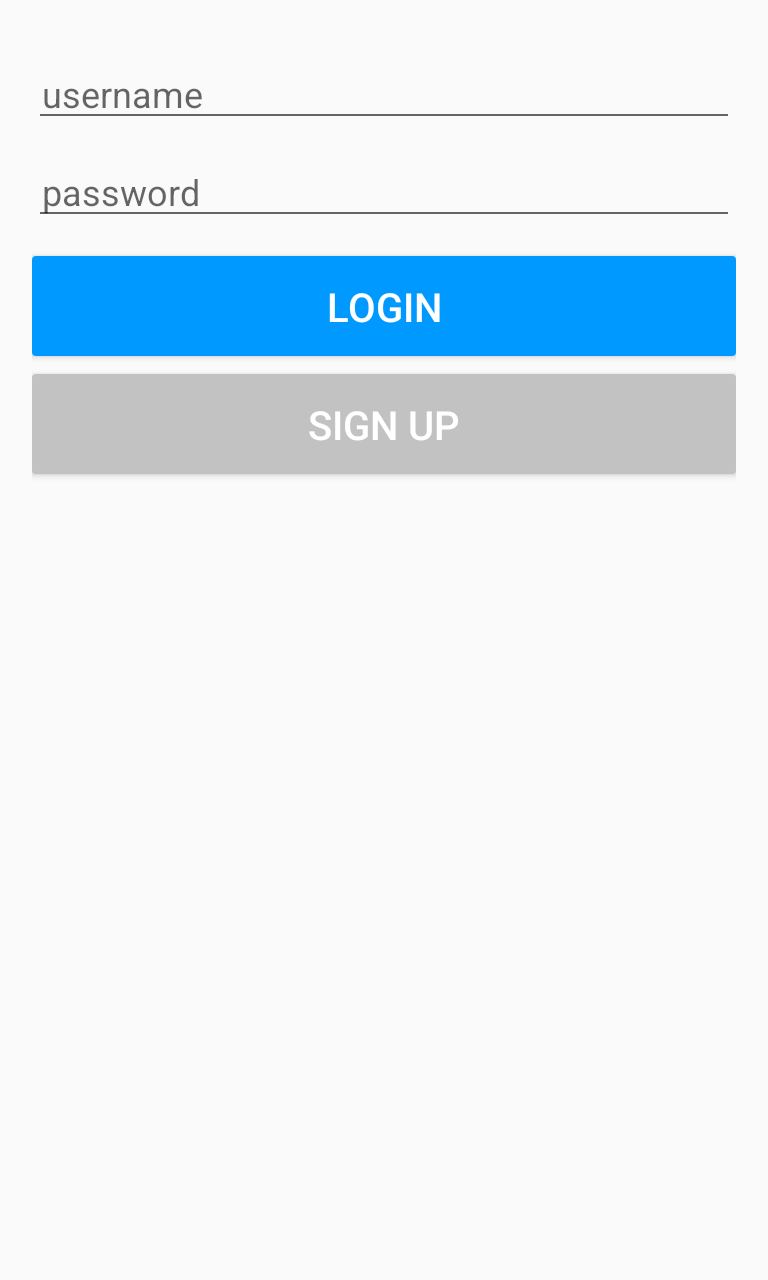
Repository: israelhill/Noteworthy
Layout: Noteworthy/res/layout/fragment_main.xml
These files come from the project's save history. The layout is drawn as it stood at one moment and after the next save; the edit follows.
It is drawn on a 768 x 1280 px phone screen (xhdpi) without system bars, with theme AppTheme; the app's code is not run.

Above is the layout before, as saved 2014-09-06 11:35:11.

### Noteworthy/res/layout/fragment_main.xml
<LinearLayout xmlns:android="http://schemas.android.com/apk/res/android"
    xmlns:tools="http://schemas.android.com/tools"
    android:layout_width="match_parent"
    android:layout_height="match_parent"
    android:paddingBottom="@dimen/activity_vertical_margin"
    android:paddingLeft="@dimen/activity_horizontal_margin"
    android:paddingRight="@dimen/activity_horizontal_margin"
    android:paddingTop="@dimen/activity_vertical_margin"
    tools:context="com.noteworthy.MainActivity$PlaceholderFragment"
    android:orientation="vertical">

<EditText
    android:id="@+id/username"
    android:layout_width="match_parent"
    android:layout_height="40dp"
    android:hint="@string/username"
    android:layout_marginBottom="9dp"
    android:layout_marginTop="10dp"
    android:paddingLeft="5dp"/>

<EditText
    android:id="@+id/password"
    android:layout_width="match_parent"
    android:layout_height="40dp"
    android:hint="@string/password"
    android:inputType="textPassword"
    android:paddingLeft="5dp"
    android:layout_marginBottom="13dp"/>

<Button
    android:id="@+id/login"
    android:layout_width="match_parent"
    android:layout_height="50dp"
    android:background="@drawable/login_button"
    android:text="@string/login"
    android:textSize="20sp"
    android:textColor="@color/white"
    android:layout_gravity="center"
    android:layout_marginBottom="9dp"/>
<Button
    android:id="@+id/signup"
    android:layout_width="match_parent"
    android:layout_height="50dp"
    android:background="@drawable/signup_button"
    android:text="@string/signup"
    android:textSize="20sp"
    android:textColor="@color/white"
    android:layout_gravity="center"
    android:onClick="signMeUp"/>


</LinearLayout>

### Noteworthy/res/values/strings.xml
<?xml version="1.0" encoding="utf-8"?>
<resources>

    <string name="app_name">Noteworthy</string>
    <string name="hello_world">Hello world!</string>
    <string name="action_settings">Settings</string>
    <string name="username">username</string>
    <string name="password">password</string>
    <string name="login">Login</string>
    <string name="signup">Sign Up</string>
    <string name="title_activity_sign_up">SignUp</string>
    <string name="enter_email">Enter your email address</string>
    <string name="enter_username">Create a username</string>
    <string name="enter_password">Create a password</string>
    <string name="email_hint">abc.123@mymail.com</string>
    <string name="done">Done!</string>

</resources>

### Noteworthy/res/drawable/login_button.xml
<?xml version="1.0" encoding="utf-8"?>
<shape xmlns:android="http://schemas.android.com/apk/res/android"
    android:name="rectangle" >

    <corners
        android:radius="2dp"/>
    <solid
        android:color="@color/blue"/>


</shape>

### Noteworthy/res/values/color.xml
<?xml version="1.0" encoding="utf-8"?>
<resources>
    <color name="blue">#0099FF</color>
    <color name="white">#ffffff</color>
    <color name="gray">#C2C2C2</color>
    <color name="green">#53C153</color>


</resources>

### Noteworthy/res/drawable/signup_button.xml
<?xml version="1.0" encoding="utf-8"?>
<shape xmlns:android="http://schemas.android.com/apk/res/android"
     android:name="rectangle" >

    <corners
        android:radius="2dp"/>
    <solid
        android:color="@color/gray"/>

</shape>

Loaded but not shown: Noteworthy/res/values/styles.xml (common file); Noteworthy/res/values-v11/styles.xml (common file); Noteworthy/res/values-v14/styles.xml (common file); Noteworthy/res/values/dimens.xml (common file); Noteworthy/res/values-w820dp/dimens.xml (common file)

After the next save:
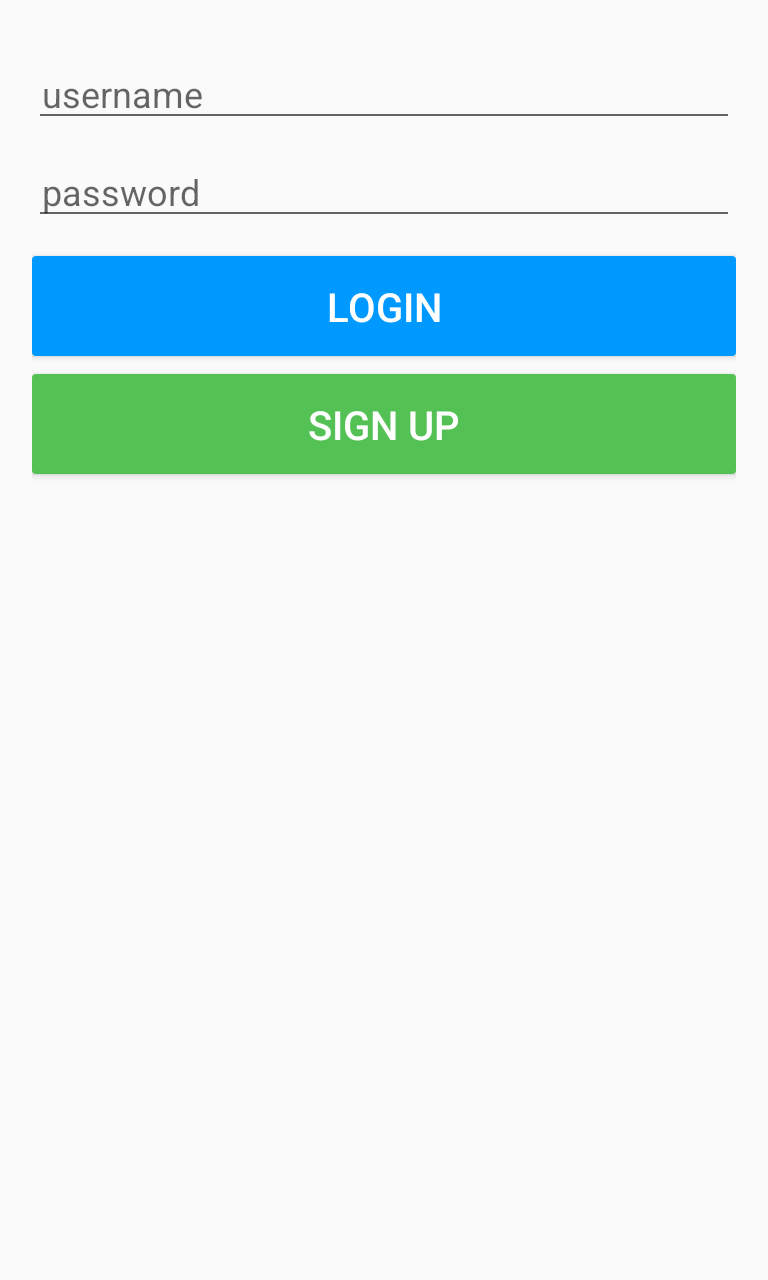
Saved 19 s later.
--- a/Noteworthy/res/drawable/signup_button.xml
+++ b/Noteworthy/res/drawable/signup_button.xml
@@ -5,6 +5,6 @@
     <corners
         android:radius="2dp"/>
     <solid
-        android:color="@color/gray"/>
+        android:color="@color/green"/>
 
 </shape>
